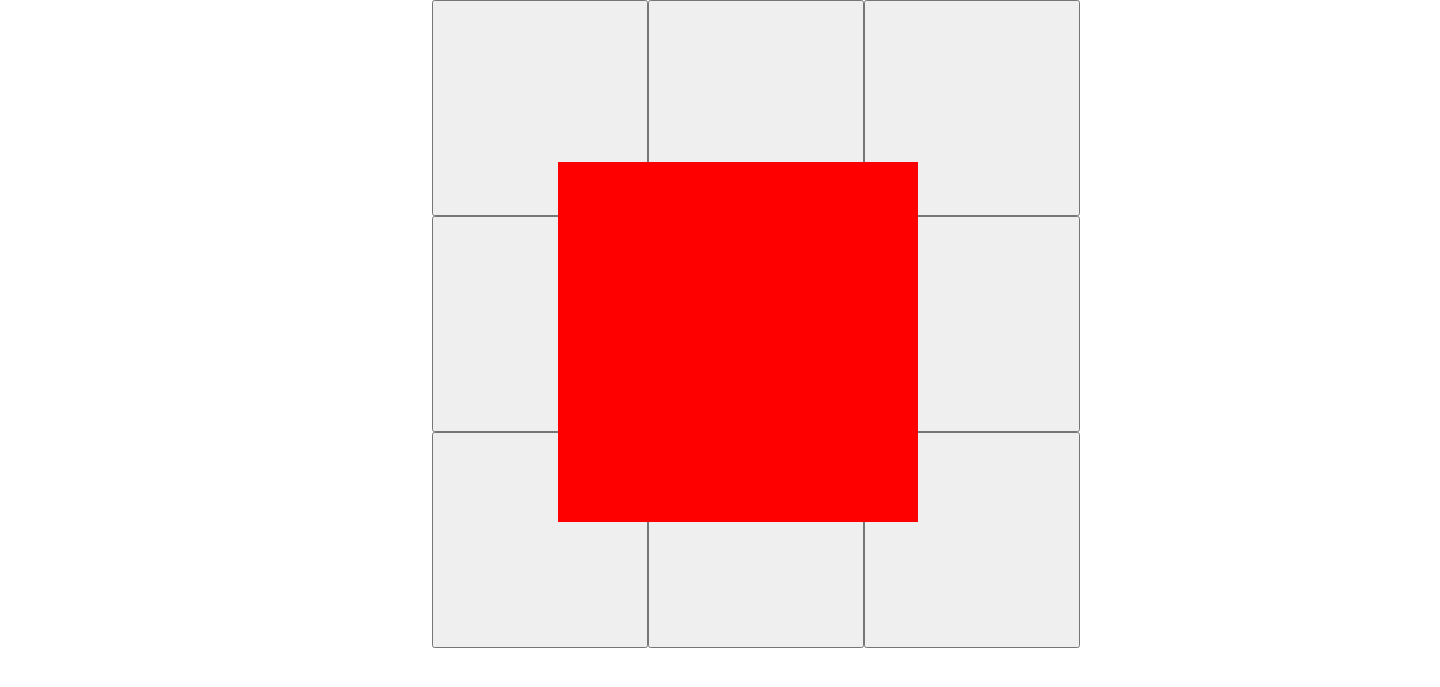
Repository: napan24/tic-tac-toe
Page: /
These files come from the project's save history. The page is drawn as it stood at one moment and after a run of saves; the edit follows.
The browser window is 1440 px wide. The pictures show the whole page.
The project was rebuilt for these pictures with package versions that can differ from the ones it lists, and the page was loaded fresh each time. Also part of the build but not shown: src/App.css.

Above is the page before, as saved 2022-06-14 17:09:16.

After the next 2 saves:
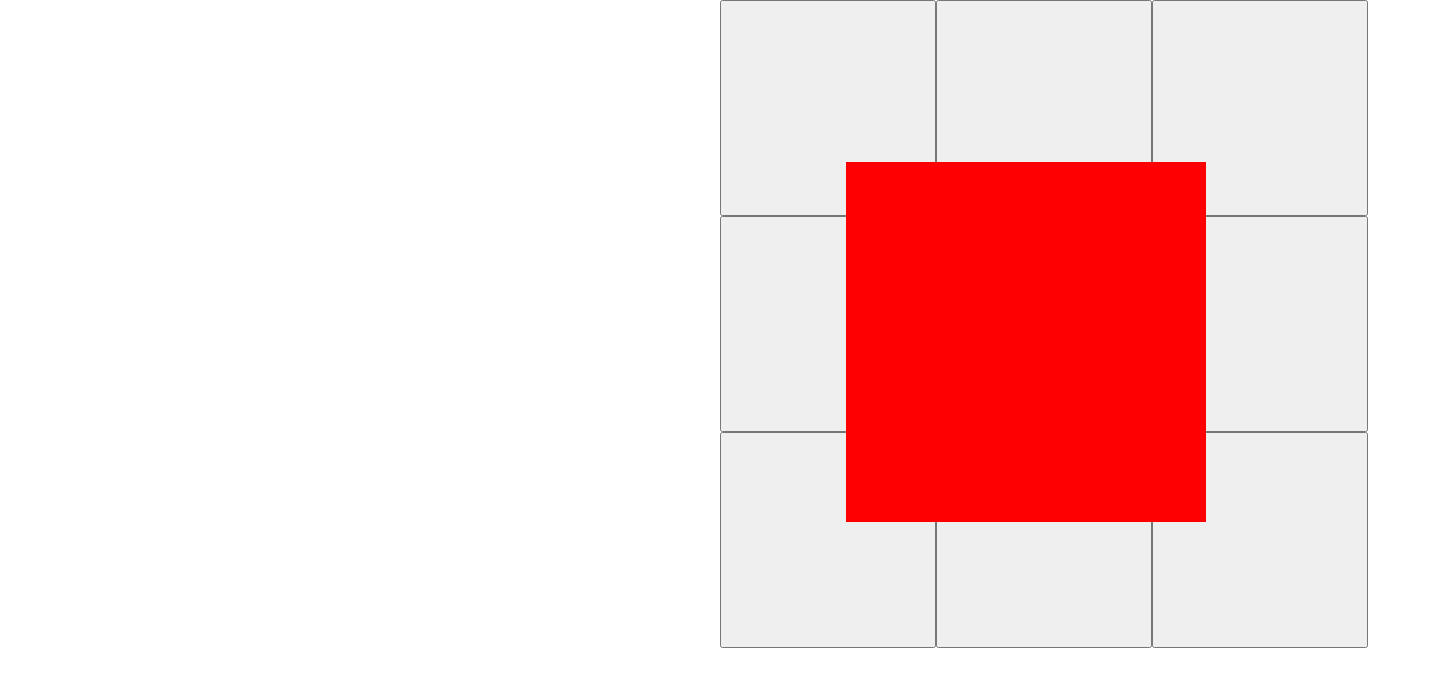
The 2 saves are shown as one change because they came seconds apart.
The last was saved 8 s later.
--- a/src/tik.css
+++ b/src/tik.css
@@ -15,7 +15,7 @@
 @media (max-width:1600px) and (min-width:1301px){
     #mainblock{
         position: relative;
-        left:30vw;
+        left:50vw;
         display: inline-block;
     }
 }

After the save that followed:
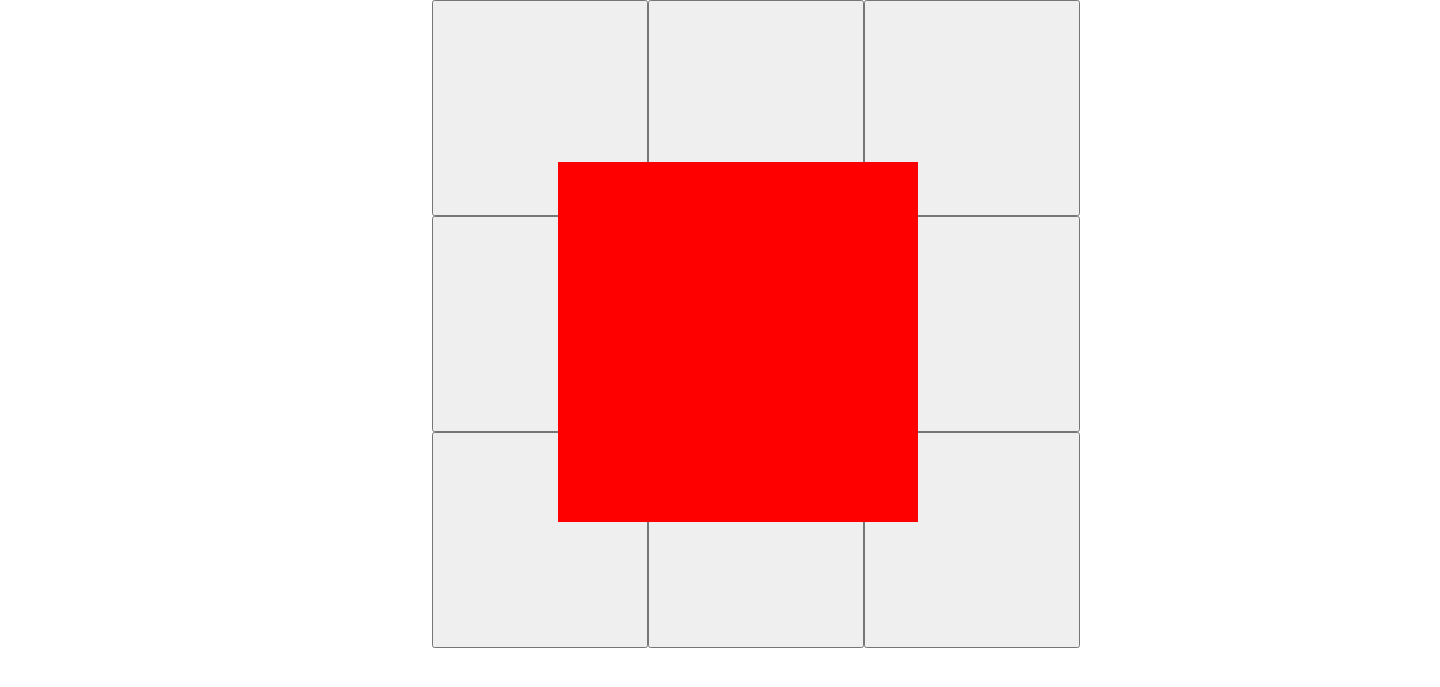
Saved 7 s later.
--- a/src/tik.css
+++ b/src/tik.css
@@ -15,7 +15,7 @@
 @media (max-width:1600px) and (min-width:1301px){
     #mainblock{
         position: relative;
-        left:50vw;
+        left:30vw;
         display: inline-block;
     }
 }
